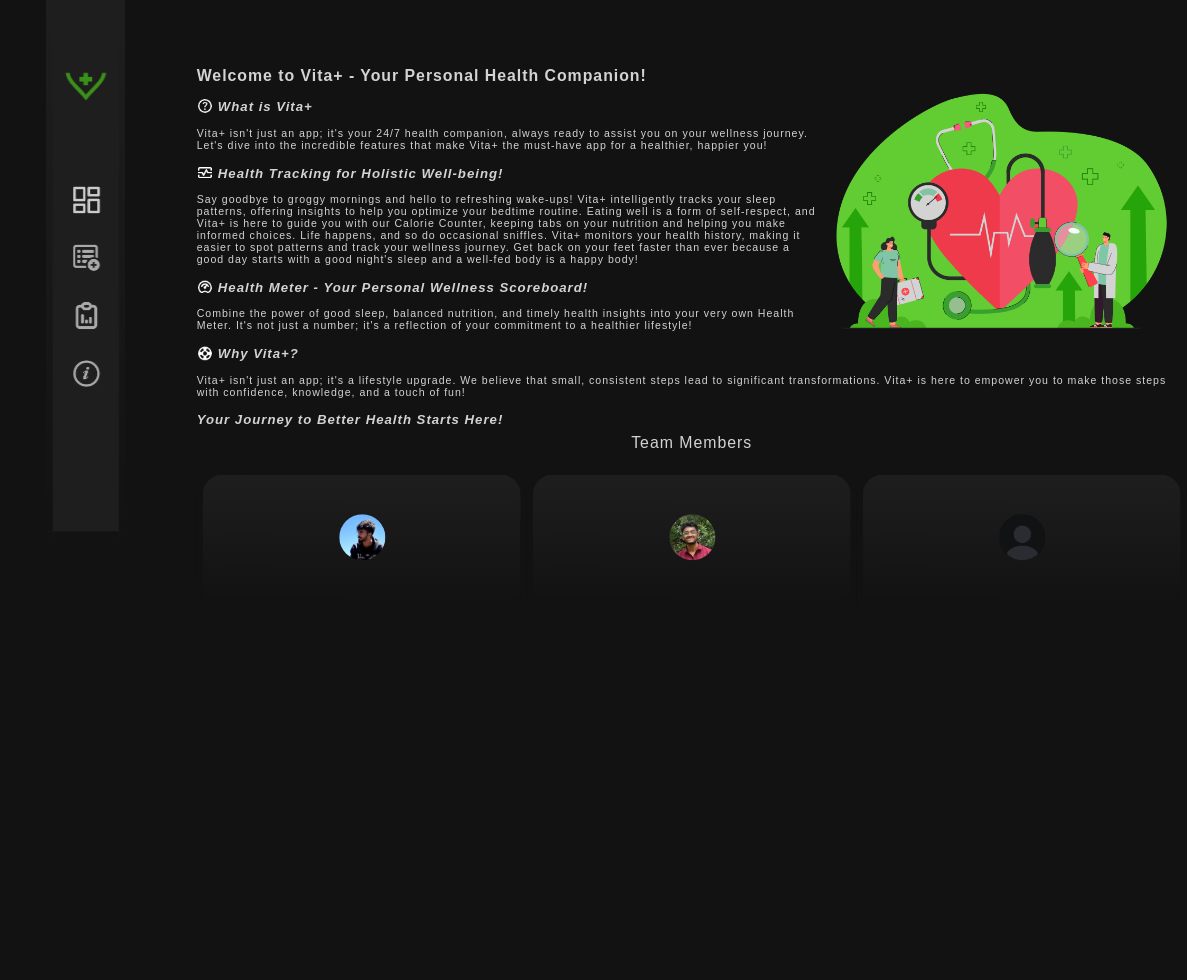
Repository: mhmd-bilal/health-analytics-dashboard
Page: http://localhost/project/info.jsp
The author's editor kept a copy of each file at every save. The page is drawn from the files as they stood at one save, then again after the next save.
The browser window is 1280 px wide. The page is 1798 px wide, so the pictures cover 1798 px, including what lies to the right of the window. The pictures show the whole page, at 66% of full size.
Some web fonts or font styles are not loaded; a fallback is used. Some web libraries are served in a nearby version. The page is served by Tomcat 10. Other server files are loaded and not shown.

Above is the page before, as saved 2023-12-06 16:13:18.

### project/src/main/webapp/info.jsp
<%@ page import="project.SleepCalculator" %>
  <%@ page import="project.CaloriesCalculator" %>
    <%@ page import="project.IllnessCalculator " %>

      <html>

      <head>
        <meta charset="UTF-8">
        <meta name="viewport" content="width=device-width, initial-scale=1.0">
        <title>Your Health Dashboard</title>
        <link rel="stylesheet" href="https://fonts.googleapis.com/css?family=Kanit">
        <link rel="stylesheet" type="text/css" href="styles2.css">
        <meta name="viewport" content="width=device-width, initial-scale=1">
        <script src='https://cdnjs.cloudflare.com/ajax/libs/jquery/3.2.1/jquery.min.js'></script>
<link rel="stylesheet" href="https://fonts.googleapis.com/icon?family=Material+Icons">
        <script>
          // Use fetch to trigger the SleepAnalyticsServlet on page load
          function fetchSleepAnalytics() {
            fetch('SleepAnalyticsServlet')
              .then(response => response.text())
              .then(data => {
                // Optional: You can add logic to update the UI based on the response from the servlet
                console.log(data);
              })
              .catch(error => {
                console.error('Error:', error);
              });
          }
          function submitForm() {
            var inputValue = document.getElementById("inputValue").value;

            fetch('SaveToDatabaseServlet', {
              method: 'POST',
              headers: {
                'Content-Type': 'application/x-www-form-urlencoded',
              },
              body: 'inputValue=' + encodeURIComponent(inputValue),
            })
              .then(response => response.json())
              .then(data => {
                alert(data.message);
                if (data.recordAdded) {
                  alert('Record added successfully!');
                }
              })
              .catch(error => {
                console.error('Error:', error);
              });
          }

          function redirectToAddRecordPage() {
            window.location.href = 'addrecord.jsp';
          }



        </script>

      </head>
      <body style="overflow:hidden">
      <div class="sidenav">
    <a href="#" style="padding-bottom: 100px;padding-left: 10px;"><img style="width: 95%;filter: brightness(1);" src="logo.png"></a>
    <a class="active" href="index2.jsp"><img src="dashboard.png"></a>
    <a href="add.jsp"><img src="add.png"></a>
    <a href="anal.jsp"><img src="anal.png"></a>
    <a href="info.jsp"><img src="info.png"></a>
  </div>
        <div style="font-spacing:1px;margin-top:100px;height: fit-content;" class="main">
              <img src="infograhic.png" class="infograhic" height="400px" ></p>

                  <h2 style="font-weight: bolder;">Welcome to Vita+ - Your Personal Health Companion!</h2>
<p style="font-weight: bold;font-style:italic;font-size: 20px;;"><img src="help.png" style="margin-bottom:-5px;height:25px;filter: invert(100%)"> What is Vita+</p>
Vita+ isn't just an app; it's your 24/7 health companion, always ready to assist you on your wellness journey. Let's dive into the incredible features that make Vita+ the must-have app for a healthier, happier you!

<p style="font-weight: bold;font-style:italic;font-size: 20px;"><img src="health.png" style="margin-bottom:-5px;height:25px;filter: invert(100%)"> Health Tracking for Holistic Well-being!</p>
<p>Say goodbye to groggy mornings and hello to refreshing wake-ups! Vita+ intelligently tracks your sleep patterns, offering insights to help you optimize your bedtime routine. Eating well is a form of self-respect, and Vita+ is here to guide you with our Calorie Counter, keeping tabs on your nutrition and helping you make informed choices. Life happens, and so do occasional sniffles. Vita+ monitors your health history, making it easier to spot patterns and track your wellness journey. Get back on your feet faster than ever because a good day starts with a good night's sleep and a well-fed body is a happy body!</p>

<p style="font-weight: bold;font-style:italic;font-size: 20px;"><img src="hmeter.png" style="margin-bottom:-5px;height:25px;filter: invert(100%)"> Health Meter - Your Personal Wellness Scoreboard!</p>
Combine the power of good sleep, balanced nutrition, and timely health insights into your very own Health Meter. It's not just a number; it's a reflection of your commitment to a healthier lifestyle!

<p style="font-weight: bold;font-style:italic;font-size: 20px;"><img src="us.png" style="margin-bottom:-5px;height:25px;filter: invert(100%)"> Why Vita+?</p>
Vita+ isn't just an app; it's a lifestyle upgrade. We believe that small, consistent steps lead to significant transformations. Vita+ is here to empower you to make those steps with confidence, knowledge, and a touch of fun!

<p style="font-weight: bold;font-style:italic;font-size: 20px;">Your Journey to Better Health Starts Here!

      </div>

  <div class="main" style="text-align: center;margin-top: -10px;">
    <h2 style="font-weight: 400;">Team Members</h2>
    <div class="choose">
        <div class="choose-card" style="height: 80%;">
        <a class="choose-btn" href="https://www.linkedin.com/in/rithisnaha/"><img src="1.png" style="border-radius:50%"></a>
    </div>
        <div class="choose-card" style="height: 80%;">
        <a class="choose-btn" href="https://www.linkedin.com/in/mohammed-bilal-3640991a7/"><img src="2.png" style="border-radius:50%"></a>
    </div>
        <div class="choose-card" style="height: 80%;">
        <a class="choose-btn" href="https://www.linkedin.com/in/lalith-kumaresan-50a994272/")"><img src="3.png" style="border-radius:50%"></a>
        </div>
    </div>

</div>

      </body>

      </html>

### project/src/main/webapp/styles2.css
body {
  font-family: "Montserrat", sans-serif;
  letter-spacing: 1.5px;
  background-color: #121212;
}

.sidenav {
  align-items: center;
  height: 100%;
  width: 100px;
  position: fixed;
  z-index: 1;
  top: 0;
  left: 0;
  background-color: #1E1E1E;
  overflow-x: hidden;
  padding-top: 75px;
  margin-left: 70px;
  margin-right: 100px;
  margin-top: 0px;
  border: 10px solid;
  border-image: linear-gradient(to bottom, #1E1E1E, #121212) 1;
}

.sidenav img {
  width: 75%;
}

.sidenav a {
  padding: 6px 6px 30px 25px;
  text-decoration: none;
  font-size: 25px;
  color: #d3d3d3;
  display: block;
  filter: brightness(0.8);
  transition: 0.2s;
}

.sidenav a:hover {
  filter: brightness(1.75);
}

.active img {
  filter: brightness(2);
}


.main {
  margin-left: 290px;
  margin-top: 100px;
  color: #d3d3d3;
  width: 1500px;
  height: 820px;
}

.container {
  display: flex;
}

.moodenter {
  border: 0px;
  border-radius: 25px;
  height: 50px;
  line-height: normal;
  color: #282828;
  display: block;
  width: 90%;
  box-sizing: border-box;
  user-select: auto;
  font-size: 16px;
  padding: 0 6px;
  padding-left: 30px;
  outline: none;
  background-color: #d3d3d3;
  margin-right: 10px;

}

.subbtn {
  width: 10%;
  display: inline-block;
  outline: none;
  cursor: pointer;
  font-size: 14px;
  line-height: 1;
  border-radius: 500px;
  transition-property: background-color, border-color, color, box-shadow, filter;
  transition-duration: .3s;
  border: 0px;
  letter-spacing: 2px;
  min-width: 160px;
  text-transform: uppercase;
  white-space: normal;
  font-weight: 700;
  text-align: center;
  padding: 16px 14px 18px;
  color: #fff;
  background-color: #49b51f;
  height: 48px;

  :hover {
    filter: brightness(1.75);
  }

}

.analytics_container {
  width: 100%;
  height: 60%;
  background-color: #121212;
  display: flex;
}

.pie {
  width: 40%;
}

.count {
  background-color: #1E1E1E;
  width: 60%;
  border: solid 8px transparent;
  border-radius: 80px;
  display: grid;
  background-image: linear-gradient(#1E1E1E, #1E1E1E), linear-gradient(to bottom, #1E1E1E, #121212);
  background-origin: border-box;
  background-clip: padding-box, border-box;
}

.counts {
  display: flex;
  margin-bottom: -60px;
}

.health-meter {
  padding: 0px 0px 10px 70px;
  display: flexbox;
  width: 83.5%;
}

.card {
  background-color: none;
  padding: 70px 0px 10px 70px;
  display: flexbox;
  width: 22.5%;
  height: 60%;
  height: 45%;
}

.count-icon {
  width: 60px;
  margin-left: -5px;
}

.count-text {
  font-size: 25px;
  line-height: 0px;
  font-weight: bolder;
  font-style: normal;
  margin-top: 30px;
}

.count-count {
  font-size: 18px;
  line-height: 0px;
  font-weight: lighter;
  margin-top: -12px;

}

.pbbg {
  background-color: #282828;
  width: 100%;
  height: 3%;
  border-radius: 80px;
}

.pb {
  background-color: #49b51f;
  height: 100%;
  border-radius: 80px;
}

.choose {
  width: 100%;
  height: 20%;
  background-color: #121212;
  display: flex;
}

.choose-card {
  height: 120%;
  width: 33%;
  align-items: center;
  text-align: center;
  background-image: linear-gradient(to bottom, #1E1E1E, #121212);
  ;
  border: #121212 solid 9px;
  border-radius: 40px 40px 0px 0px;
  padding: 60px 0px 0px 1px;
  transition: 1s;
  margin-top: 5px;
}

.choose-card a {
  background-color: transparent;
  outline: none;
  border: none;
}

.choose-card:hover {
  translate: 0 -5px;
}

#formFrame {
  margin-top: 200px;
}

.choose-card img {
  height: 70px;
}


.main-entry {
  width: 100%;
  height: 20%;
  text-align: center;
  color: #d3d3d3;
}

.date-pick {
  background-color: #1E1E1E;
  color: white;
  outline: none;
  border: none;
  border-radius: 25px;
  padding: 10px;
}

.subbtnentry {
  width: 40px;
  height: 30px;
  display: inline-block;
  outline: none;
  cursor: pointer;
  font-size: 14px;
  line-height: 1;
  border-radius: 500px;
  transition-property: background-color, border-color, color, box-shadow, filter;
  transition-duration: .3s;
  border: 0px;
  letter-spacing: 2px;
  min-width: 160px;
  text-transform: uppercase;
  white-space: normal;
  font-weight: 600;
  text-align: center;
  padding: 5px;
  color: #fff;
  background-color: #49b51f;
}
.chartFrame{
	outline: none;
	border: none;
	margin-top: 30px;
}

.md{
	text-align: center;
	color: #d3d3d3;
	z-index: 1;
	position: absolute;
	margin-top: -260px;
	margin-left: 245px;
}

.infograhic{
	z-index: 1;
	position: relative;
	padding-top: 20px;
	float: right;
}
@media screen and (max-height: 450px) {
  .sidenav {
    padding-top: 15px;
  }

  .sidenav a {
    font-size: 18px;
  }
}

After the next save:
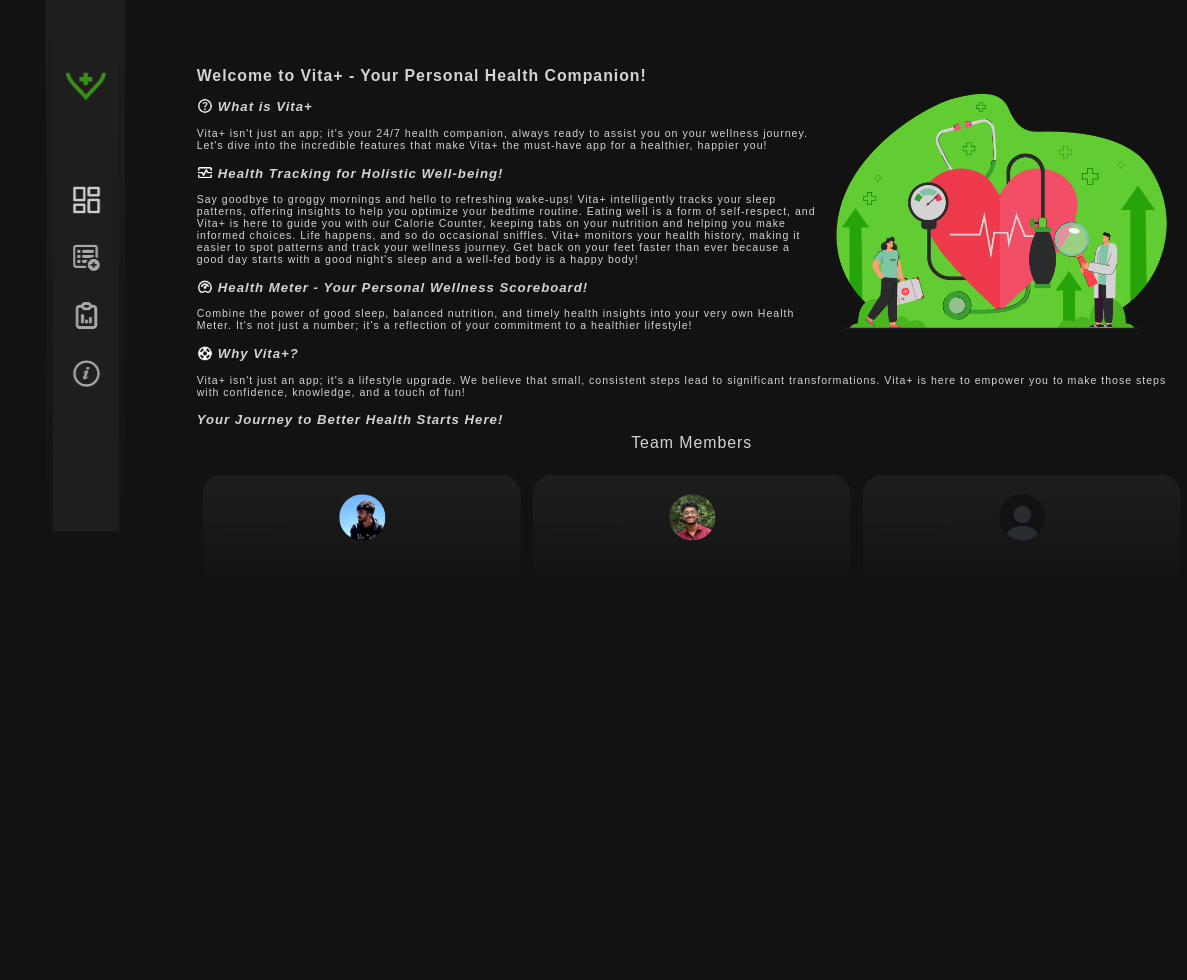
Saved 14 s later.
--- a/project/src/main/webapp/styles2.css
+++ b/project/src/main/webapp/styles2.css
@@ -196,7 +196,7 @@ body {
   ;
   border: #121212 solid 9px;
   border-radius: 40px 40px 0px 0px;
-  padding: 60px 0px 0px 1px;
+  padding: 30px 0px 0px 1px;
   transition: 1s;
   margin-top: 5px;
 }
